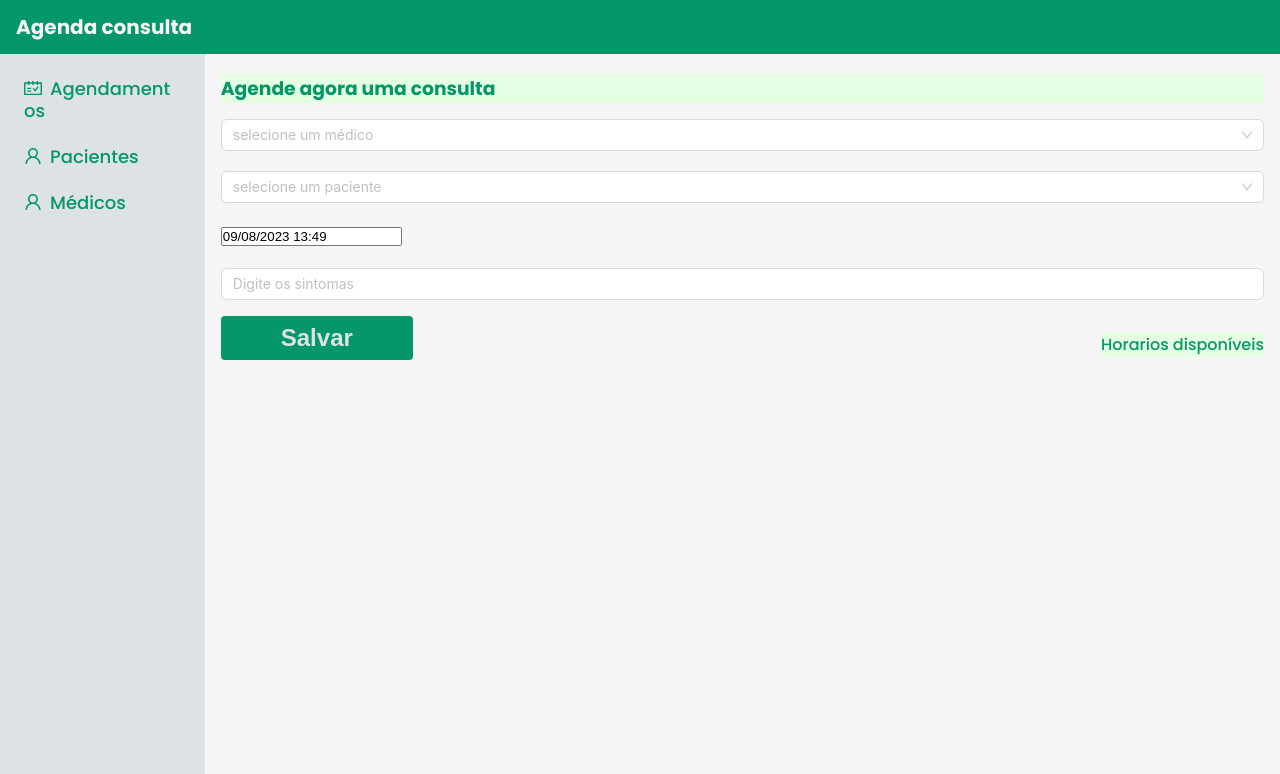
Repository: BarbaraCD/agendaconsulta
Page: /appointments
The author's editor kept a copy of each file at every save. The page is drawn from the files as they stood at one save, then again after the next save.
The browser window is 1280 px wide. The pictures show the whole page.
The page's requests for data from a server got no answer. The project was rebuilt for these pictures with package versions that can differ from the ones it lists, and the page was loaded fresh each time. No one was signed in, and anything a server would have sent is missing. Also part of the build but not shown: vite.config.ts, src/styles/StyleList.ts, src/components/Doctors.tsx, src/styles/InputContainer.ts, src/components/InputDoctors.tsx, src/styles/CreateContainer.ts, src/components/CreateDoctor.tsx, src/components/Patients.tsx and 3 more.

Above is the page before, as saved 2023-08-10 08:56:45.

After the next save:
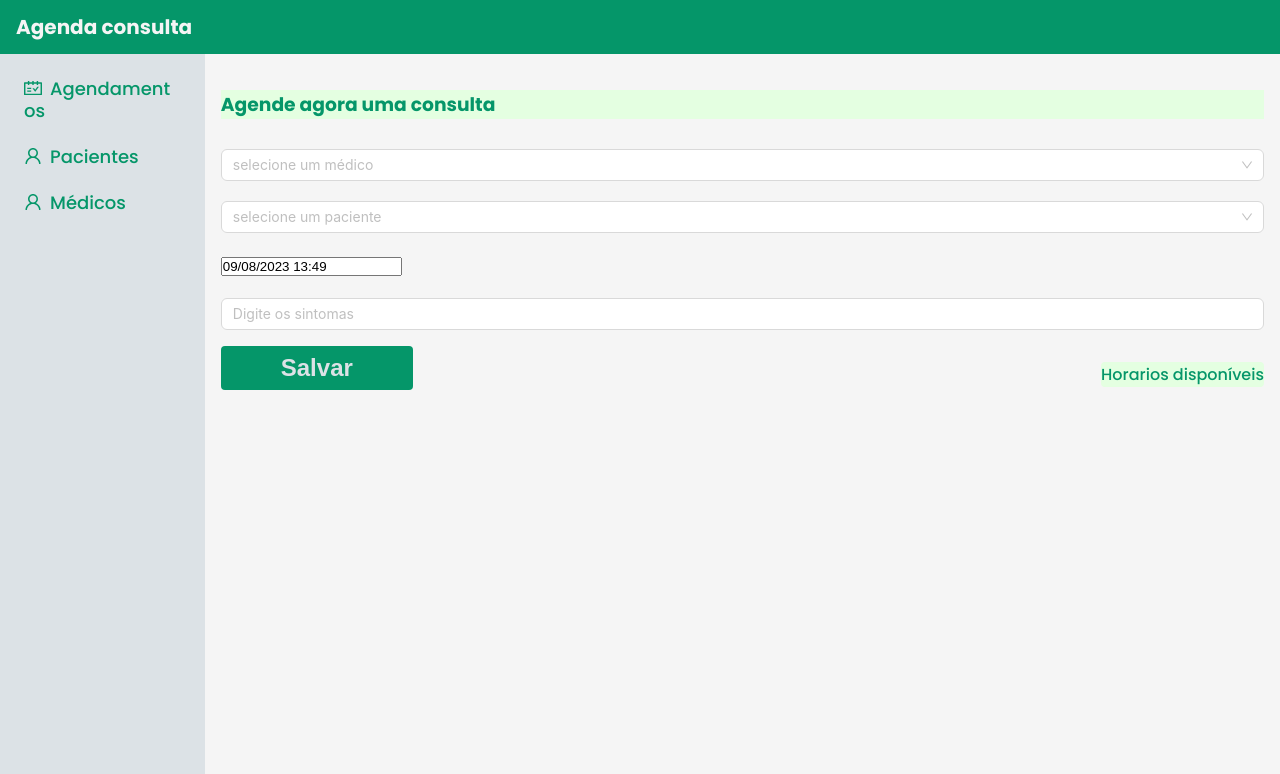
Saved 12 min 23 s later.
--- a/src/components/Appointments.tsx
+++ b/src/components/Appointments.tsx
@@ -116,8 +116,8 @@ export const CreateAppointments: React.FC = () => {
 
   return (
     <StyledAppointments>
+      <APBody>
       <h3>Agende agora uma consulta</h3>
-      <APBody>
         <Select placeholder='selecione um médico' onChange={handleDoctorSelect}>
           {doctors.map((doc) => (
             <Select.Option key={doc.id} value={doc.name}>{doc.name}</Select.Option>
